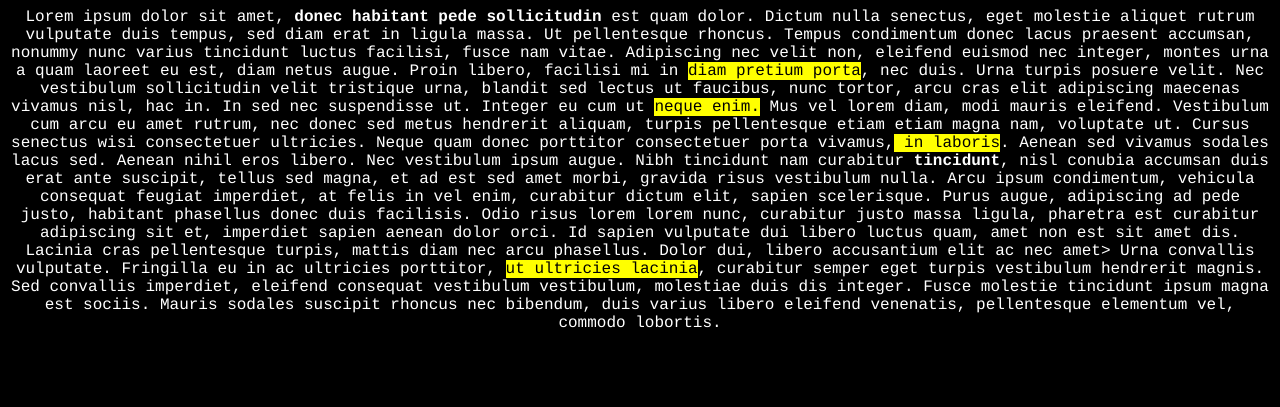
Repository: diasm568/diasm568.github.io
Page: lab/composition.html
The author's editor kept a record of every edit. The page is drawn from the files as they stood at one moment, then again after the next edit.
The browser window is 1280 px wide. The pictures show the whole page.

Above is the page before.

### lab/composition.html
<center>
<body bgcolor="black">
<font color="white">
<font face="courier" color="white">
Lorem ipsum dolor sit amet, <strong>donec habitant pede sollicitudin</strong> est quam dolor. Dictum nulla senectus, eget molestie aliquet rutrum vulputate duis tempus, sed diam erat in ligula massa. Ut pellentesque rhoncus. Tempus condimentum donec lacus praesent accumsan, nonummy nunc varius tincidunt luctus facilisi, fusce nam vitae. Adipiscing nec velit non, eleifend euismod nec integer, montes urna a quam laoreet eu est, diam netus augue. Proin libero, facilisi mi in <mark> diam pretium porta</mark>, nec duis. Urna turpis posuere velit. Nec vestibulum sollicitudin velit tristique urna, blandit sed lectus ut faucibus, nunc tortor, arcu cras elit adipiscing maecenas vivamus nisl, hac in. In sed nec suspendisse ut.
Integer eu cum ut <mark>neque enim.</mark> Mus vel lorem diam, modi mauris eleifend. Vestibulum cum arcu eu amet rutrum, nec donec sed metus hendrerit aliquam, turpis pellentesque etiam etiam magna nam, voluptate ut. Cursus senectus wisi consectetuer ultricies. Neque quam donec porttitor consectetuer porta vivamus,<mark> in laboris</mark>. Aenean sed vivamus sodales lacus sed. Aenean nihil eros libero. Nec vestibulum ipsum augue.
Nibh tincidunt nam curabitur <strong>tincidunt</strong>, nisl conubia accumsan duis erat ante suscipit, tellus sed magna, et ad est sed amet morbi, gravida risus vestibulum nulla. Arcu ipsum condimentum, vehicula consequat feugiat imperdiet, at felis in vel enim, curabitur dictum elit, sapien scelerisque. Purus augue, adipiscing ad pede justo, habitant phasellus donec duis facilisis. Odio risus lorem lorem nunc, curabitur justo massa ligula, pharetra est curabitur adipiscing sit et, imperdiet sapien aenean dolor orci. Id sapien vulputate dui libero luctus quam, amet non est sit amet dis. Lacinia cras pellentesque turpis, mattis diam nec arcu phasellus. Dolor dui, libero accusantium elit ac nec amet>
Urna convallis vulputate. Fringilla eu in ac ultricies porttitor, <mark>ut ultricies lacinia</mark>, curabitur semper eget turpis vestibulum hendrerit magnis. Sed convallis imperdiet, eleifend consequat vestibulum vestibulum, molestiae duis dis integer. Fusce molestie tincidunt ipsum magna est sociis. Mauris sodales suscipit rhoncus nec bibendum, duis varius libero eleifend venenatis, pellentesque elementum vel, commodo lobortis.
</font>
</body>
</center>

After the next edit:
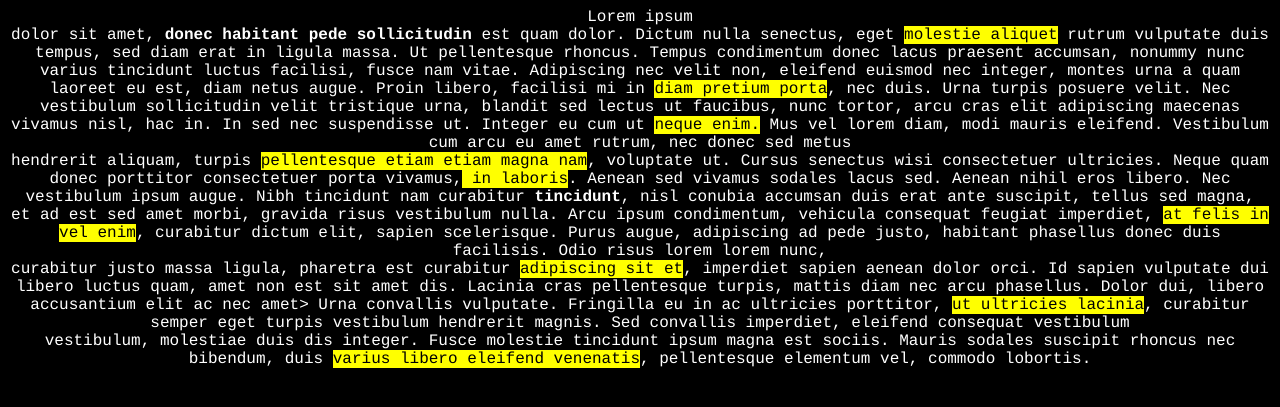
The edit:
--- a/lab/composition.html
+++ b/lab/composition.html
@@ -2,10 +2,10 @@
 <body bgcolor="black">
 <font color="white">
 <font face="courier" color="white">
-Lorem ipsum dolor sit amet, <strong>donec habitant pede sollicitudin</strong> est quam dolor. Dictum nulla senectus, eget molestie aliquet rutrum vulputate duis tempus, sed diam erat in ligula massa. Ut pellentesque rhoncus. Tempus condimentum donec lacus praesent accumsan, nonummy nunc varius tincidunt luctus facilisi, fusce nam vitae. Adipiscing nec velit non, eleifend euismod nec integer, montes urna a quam laoreet eu est, diam netus augue. Proin libero, facilisi mi in <mark> diam pretium porta</mark>, nec duis. Urna turpis posuere velit. Nec vestibulum sollicitudin velit tristique urna, blandit sed lectus ut faucibus, nunc tortor, arcu cras elit adipiscing maecenas vivamus nisl, hac in. In sed nec suspendisse ut.
-Integer eu cum ut <mark>neque enim.</mark> Mus vel lorem diam, modi mauris eleifend. Vestibulum cum arcu eu amet rutrum, nec donec sed metus hendrerit aliquam, turpis pellentesque etiam etiam magna nam, voluptate ut. Cursus senectus wisi consectetuer ultricies. Neque quam donec porttitor consectetuer porta vivamus,<mark> in laboris</mark>. Aenean sed vivamus sodales lacus sed. Aenean nihil eros libero. Nec vestibulum ipsum augue.
-Nibh tincidunt nam curabitur <strong>tincidunt</strong>, nisl conubia accumsan duis erat ante suscipit, tellus sed magna, et ad est sed amet morbi, gravida risus vestibulum nulla. Arcu ipsum condimentum, vehicula consequat feugiat imperdiet, at felis in vel enim, curabitur dictum elit, sapien scelerisque. Purus augue, adipiscing ad pede justo, habitant phasellus donec duis facilisis. Odio risus lorem lorem nunc, curabitur justo massa ligula, pharetra est curabitur adipiscing sit et, imperdiet sapien aenean dolor orci. Id sapien vulputate dui libero luctus quam, amet non est sit amet dis. Lacinia cras pellentesque turpis, mattis diam nec arcu phasellus. Dolor dui, libero accusantium elit ac nec amet>
-Urna convallis vulputate. Fringilla eu in ac ultricies porttitor, <mark>ut ultricies lacinia</mark>, curabitur semper eget turpis vestibulum hendrerit magnis. Sed convallis imperdiet, eleifend consequat vestibulum vestibulum, molestiae duis dis integer. Fusce molestie tincidunt ipsum magna est sociis. Mauris sodales suscipit rhoncus nec bibendum, duis varius libero eleifend venenatis, pellentesque elementum vel, commodo lobortis.
+Lorem ipsum <br> dolor sit amet, <strong>donec habitant pede sollicitudin</strong> est quam dolor. Dictum nulla senectus, eget <mark>molestie aliquet</mark> rutrum vulputate duis tempus, sed diam erat in ligula massa. Ut pellentesque rhoncus. Tempus condimentum donec lacus praesent accumsan, nonummy nunc varius tincidunt luctus facilisi, fusce nam vitae. Adipiscing nec velit non, eleifend euismod nec integer, montes urna a quam laoreet eu est, diam netus augue. Proin libero, facilisi mi in <mark> diam pretium porta</mark>, nec duis. Urna turpis posuere velit. Nec vestibulum sollicitudin velit tristique urna, blandit sed lectus ut faucibus, nunc tortor, arcu cras elit adipiscing maecenas vivamus nisl, hac in. In sed nec suspendisse ut.
+Integer eu cum ut <mark>neque enim.</mark> Mus vel lorem diam, modi mauris eleifend. Vestibulum cum arcu eu amet rutrum, nec donec sed metus<br> hendrerit aliquam, turpis <mark>pellentesque etiam etiam magna nam</mark>, voluptate ut. Cursus senectus wisi consectetuer ultricies. Neque quam donec porttitor consectetuer porta vivamus,<mark> in laboris</mark>. Aenean sed vivamus sodales lacus sed. Aenean nihil eros libero. Nec vestibulum ipsum augue.
+Nibh tincidunt nam curabitur <strong>tincidunt</strong>, nisl conubia accumsan duis erat ante suscipit, tellus sed magna, <br>et ad est sed amet morbi, gravida risus vestibulum nulla. Arcu ipsum condimentum, vehicula consequat feugiat imperdiet, <mark>at felis in vel enim</mark>, curabitur dictum elit, sapien scelerisque. Purus augue, adipiscing ad pede justo, habitant phasellus donec duis facilisis. Odio risus lorem lorem nunc, <br>curabitur justo massa ligula, pharetra est curabitur <mark>adipiscing sit et</mark>, imperdiet sapien aenean dolor orci. Id sapien vulputate dui libero luctus quam, amet non est sit amet dis. Lacinia cras pellentesque turpis, mattis diam nec arcu phasellus. Dolor dui, libero accusantium elit ac nec amet>
+Urna convallis vulputate. Fringilla eu in ac ultricies porttitor, <mark>ut ultricies lacinia</mark>, curabitur semper eget turpis vestibulum hendrerit magnis. Sed convallis imperdiet, eleifend consequat vestibulum <br>vestibulum, molestiae duis dis integer. Fusce molestie tincidunt ipsum magna est sociis. Mauris sodales suscipit rhoncus nec bibendum, duis <mark>varius libero eleifend venenatis</mark>, pellentesque elementum vel, commodo lobortis.
 </font>
 </body>
 </center>
